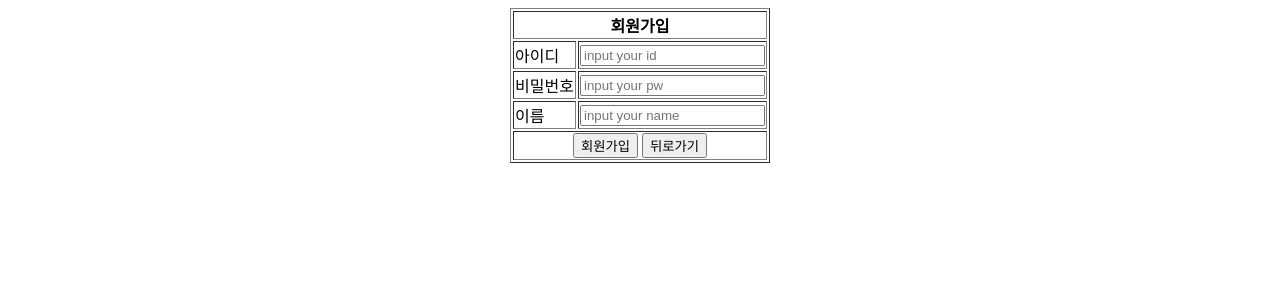
Repository: kdh3543/kh_SpringFramework
Page: http://localhost/Spring_04_Board/member/join
An editor plug-in stored every save of this project. The page is shown before and after the next save, followed by the edit.
The browser window is 1280 px wide. The pictures show the whole page.
The page is served by Tomcat 9. Other server files are loaded and not shown.

Above is the page before, as saved 2021-12-29 01:26:25.

### Spring_04_Board/src/main/webapp/WEB-INF/views/member/join.jsp
<%@ page language="java" contentType="text/html; charset=UTF-8"
	pageEncoding="UTF-8"%>
<%@ taglib prefix="c" uri="http://java.sun.com/jsp/jstl/core"%>
<!DOCTYPE html>
<html>
<head>
<meta charset="UTF-8">
<title>join</title>
<script src="https://code.jquery.com/jquery-3.6.0.js"></script>
</head>
<body>
	<form action="/" method=post>
		<table border=1 align=center>
			<tr>
				<th colspan=2>회원가입
			</tr>
			<tr>
				<td>아이디
				<td><input type=text placeholder="input your id" name=id>
			</tr>
			<tr>
				<td>비밀번호
				<td><input type=password placeholder="input your pw" name=pw>
			</tr>
			<tr>
				<td>이름
				<td><input type=text placeholder="input your name" name=name>
			</tr>
			<tr>
				<td align=center colspan=2>
					<button>회원가입</button> <a href="/"><button type=button>뒤로가기</button></a>
			</tr>
		</table>
	</form>
</body>
</html>

After the next save:
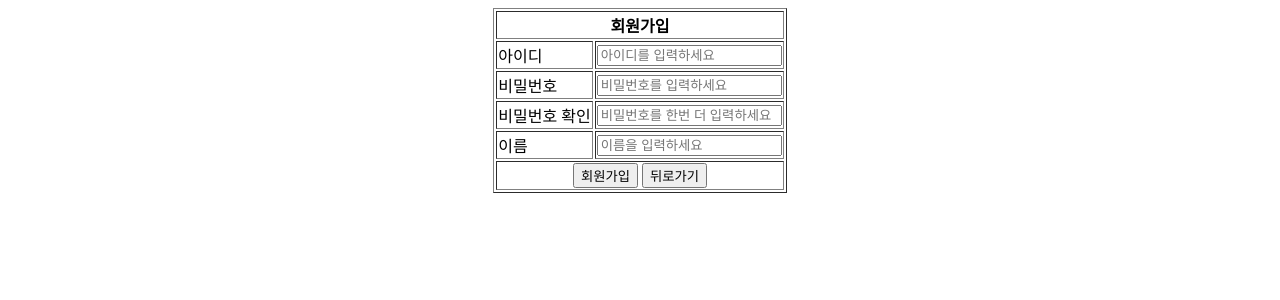
Saved 4 min 35 s later.
--- a/Spring_04_Board/src/main/webapp/WEB-INF/views/member/join.jsp
+++ b/Spring_04_Board/src/main/webapp/WEB-INF/views/member/join.jsp
@@ -16,15 +16,19 @@
 			</tr>
 			<tr>
 				<td>아이디
-				<td><input type=text placeholder="input your id" name=id>
+				<td><input type=text placeholder="아이디를 입력하세요" name=id id=id>
 			</tr>
 			<tr>
 				<td>비밀번호
-				<td><input type=password placeholder="input your pw" name=pw>
+				<td><input type=password placeholder="비밀번호를 입력하세요" name=pw id=pw>
+			</tr>
+			<tr>
+				<td>비밀번호 확인
+				<td><input type=password placeholder="비밀번호를 한번 더 입력하세요" id=repw>
 			</tr>
 			<tr>
 				<td>이름
-				<td><input type=text placeholder="input your name" name=name>
+				<td><input type=text placeholder="이름을 입력하세요" name=name id=name>
 			</tr>
 			<tr>
 				<td align=center colspan=2>
